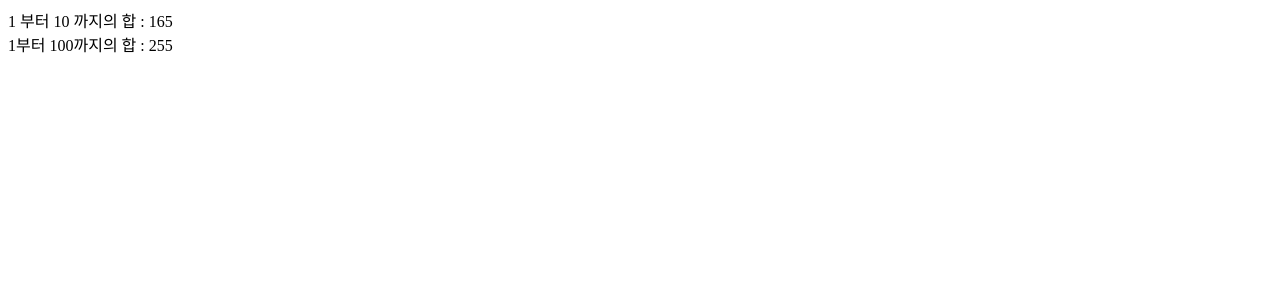
Repository: LeeHyoun/pollytec
Page: workspace2/JavaScript/WebContent/curry.html
The author's editor kept a copy of each file at every save. The page is drawn from the files as they stood at one save, then again after the next save.
The browser window is 1280 px wide. The pictures show the whole page.

Above is the page before, as saved 2015-04-02 05:59:24.

After the next save:
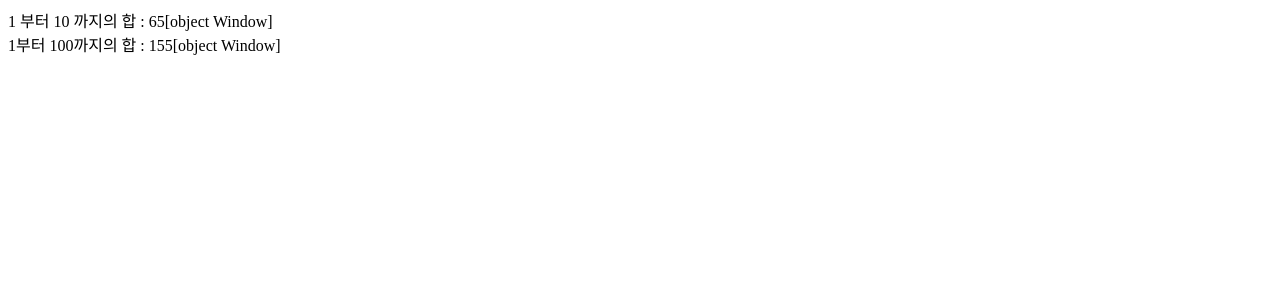
Saved 9 s later.
--- a/workspace2/JavaScript/WebContent/curry.html
+++ b/workspace2/JavaScript/WebContent/curry.html
@@ -33,7 +33,7 @@ Function.method ('curry', function () {
      // 처음 curry 메소드 호출시 받은 arguments를
      // 합치게 된다.
     return function () {
-        return that.apply(100, args.concat(slice.apply (arguments)));
+        return that.apply(this, args.concat(slice.apply (arguments)));
     };
 });
 
